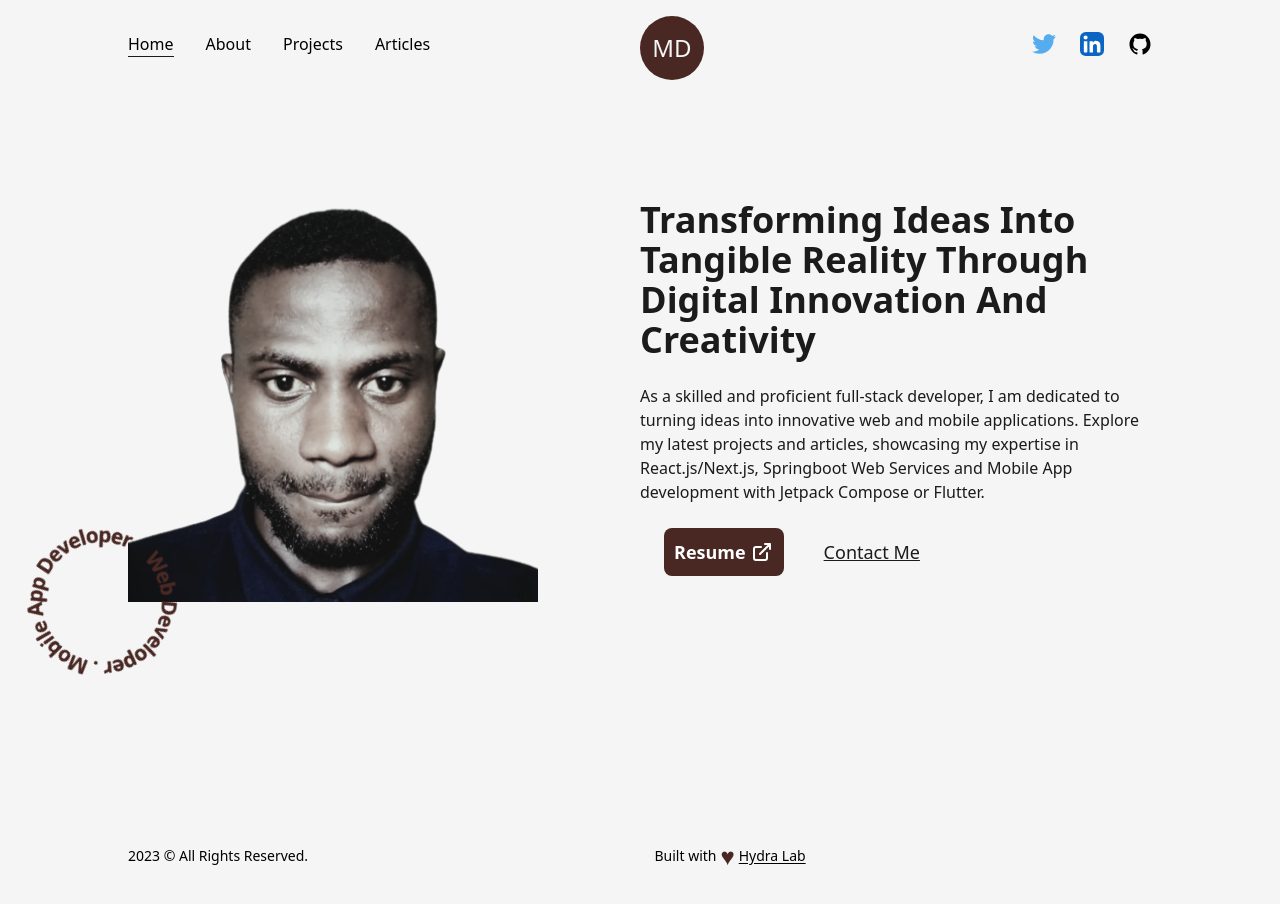
Repository: marcusdashe/situs
Page: /
An editor plug-in stored every save of this project. The page is shown before and after the next save, followed by the edit.
The browser window is 1280 px wide. The pictures show the whole page.
The project was rebuilt for these pictures with package versions that can differ from the ones it lists, and the page was loaded fresh each time. The framework's server and built-in components were replaced by stand-ins that run in the browser.

Above is the page before, as saved 2023-06-16 18:11:58.

After the next save:
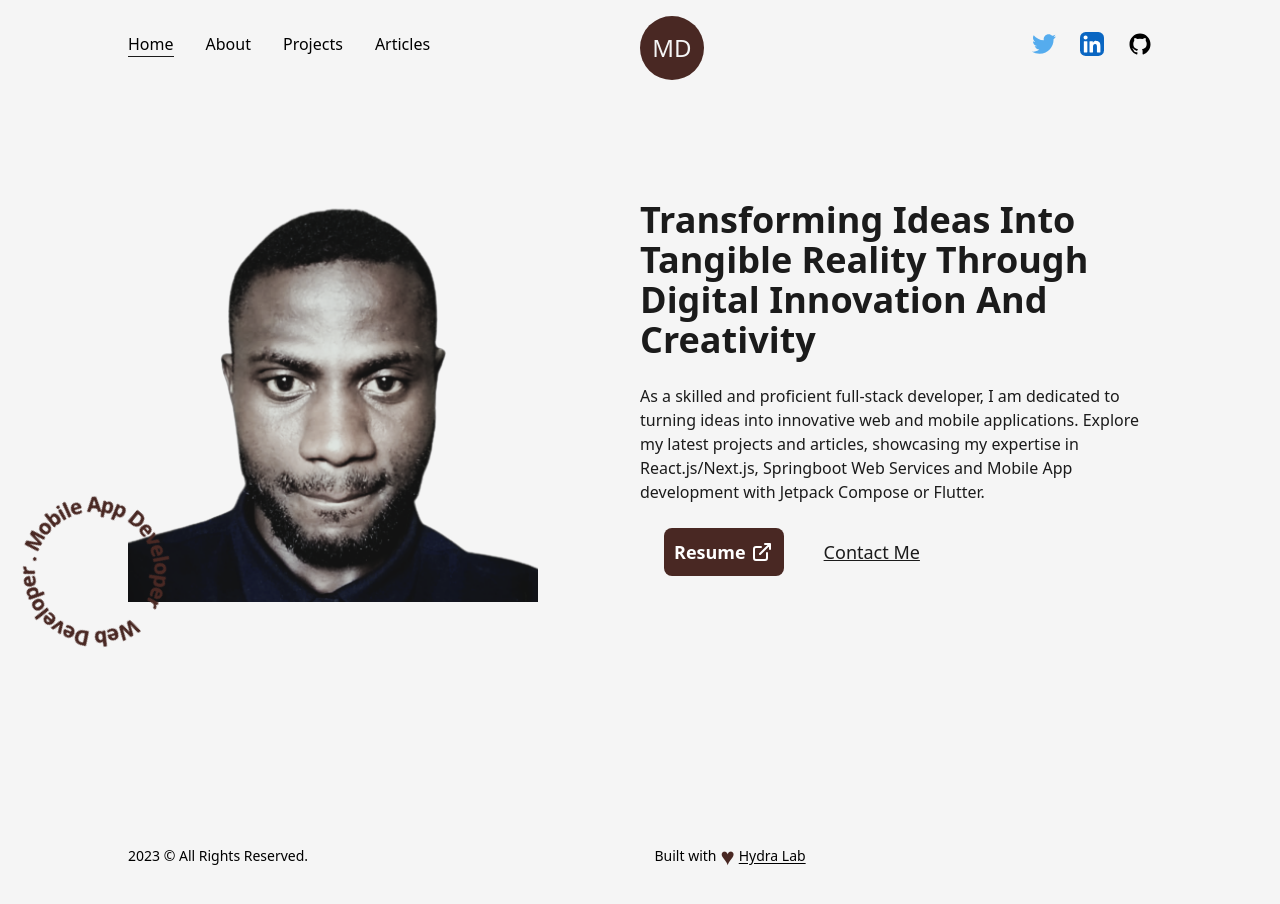
Saved 32 s later.
--- a/src/components/HireMe.jsx
+++ b/src/components/HireMe.jsx
@@ -5,7 +5,7 @@ const HireMe = () => {
   return (
     <div className="fixed left-4 bottom-4 flex items-center justify-center overflow-hidden">
       <div className="w-48 h-auto flex items-center justify-center relative">
-        <CircularText className="fill-primaryDark animate-spin" />
+        <CircularText className="fill-primaryDark animate-spin-slow" />
       </div>
     </div>
   );
